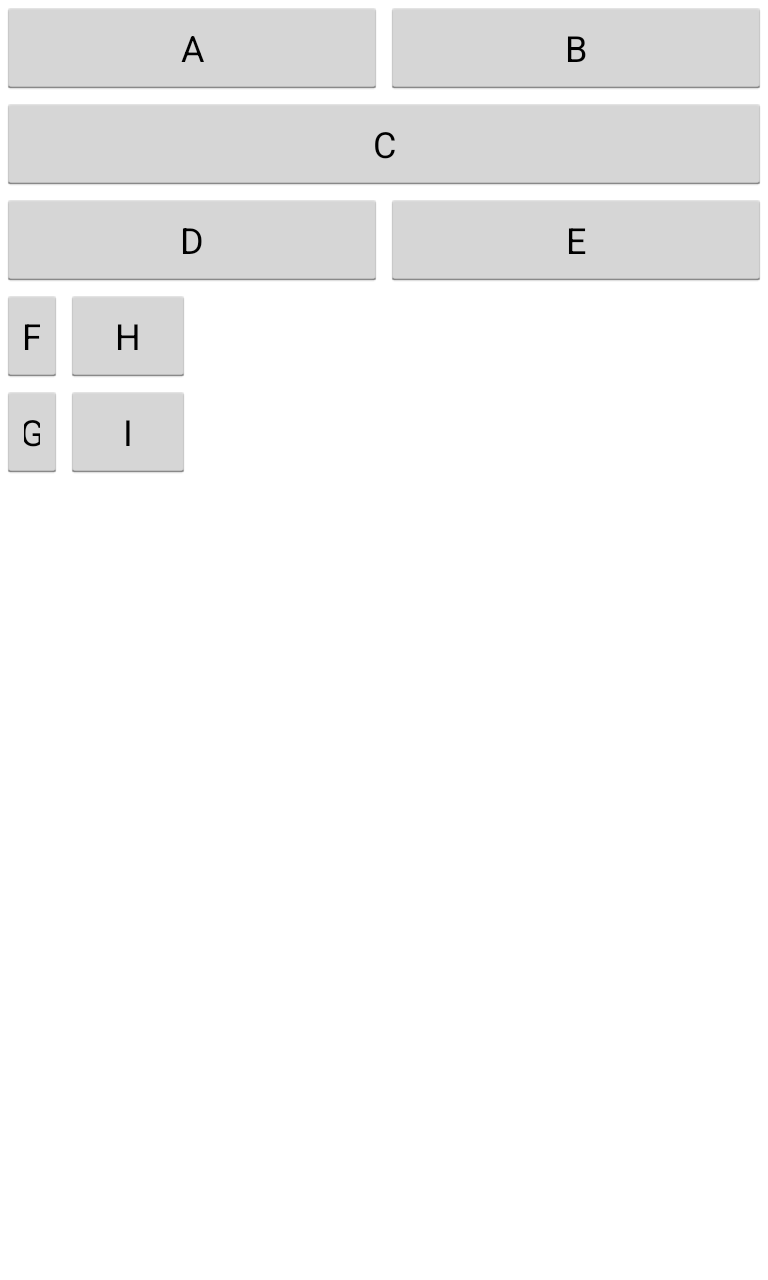
Repository: iracom/ejercicios-android
Layout: Layouts/res/layout/activity_main.xml
An editor plug-in stored every save of this project. The layout is shown before and after the next save, followed by the edit.
It is drawn on a 768 x 1280 px phone screen (xhdpi) without system bars, with theme AppTheme; the app's code is not run.

Above is the layout before, as saved 2014-05-06 11:28:48.

### Layouts/res/layout/activity_main.xml
<LinearLayout xmlns:android="http://schemas.android.com/apk/res/android"
    xmlns:tools="http://schemas.android.com/tools"
    android:id="@+id/container"
    android:layout_width="match_parent"
    android:layout_height="match_parent"
    android:orientation="vertical"
    tools:context="com.iraitzcompains.layouts.MainActivity"
    tools:ignore="MergeRootFrame" >

    <LinearLayout
        android:layout_width="match_parent"
        android:layout_height="wrap_content" >

        <Button
            android:id="@+id/button1"
            android:layout_width="wrap_content"
            android:layout_height="wrap_content"
            android:layout_weight="1"
            android:text="@string/button_a" />

        <Button
            android:id="@+id/button2"
            android:layout_width="wrap_content"
            android:layout_height="wrap_content"
            android:layout_weight="1"
            android:text="@string/button_b" />
    </LinearLayout>

    <Button
        android:id="@+id/button3"
        android:layout_width="match_parent"
        android:layout_height="wrap_content"
        android:text="@string/button_c" />

    <LinearLayout
        android:layout_width="match_parent"
        android:layout_height="wrap_content" >

        <Button
            android:id="@+id/button4"
            android:layout_width="wrap_content"
            android:layout_height="wrap_content"
            android:layout_weight="1"
            android:text="@string/button_d" />

        <Button
            android:id="@+id/button5"
            android:layout_width="wrap_content"
            android:layout_height="wrap_content"
            android:layout_weight="1"
            android:text="@string/button_e" />

    </LinearLayout>

    <LinearLayout
        android:layout_width="match_parent"
        android:layout_height="wrap_content"
        android:baselineAligned="true">

        <LinearLayout
            android:layout_width="wrap_content"
            android:layout_height="match_parent"
            android:layout_weight="1"
            android:orientation="vertical" >

            <Button
                android:id="@+id/button6"
                android:layout_width="wrap_content"
                android:layout_height="wrap_content"
                android:layout_weight="1"
                android:text="@string/button_f" />

            <Button
                android:id="@+id/button7"
                android:layout_width="wrap_content"
                android:layout_height="wrap_content"
                android:layout_weight="2"
                android:text="@string/button_g" />

        </LinearLayout>

        <LinearLayout
            android:layout_width="match_parent"
            android:layout_height="wrap_content"
            android:layout_weight="1"
            android:orientation="vertical" >

            <Button
                android:id="@+id/button8"
                android:layout_width="wrap_content"
                android:layout_height="wrap_content"
                android:layout_weight="2"
                android:text="@string/button_h" />

            <Button
                android:id="@+id/button9"
                android:layout_width="wrap_content"
                android:layout_height="wrap_content"
                android:layout_weight="1"
                android:text="@string/button_i" />

        </LinearLayout>

    </LinearLayout>

</LinearLayout>

### Layouts/res/values/strings.xml
<?xml version="1.0" encoding="utf-8"?>
<resources>

    <string name="app_name">Layouts</string>
    <string name="hello_world">Hello world!</string>
    <string name="action_settings">Settings</string>
    <string name="button_a">A</string>
    <string name="button_b">B</string>
    <string name="button_c">C</string>
    <string name="button_d">D</string>
    <string name="button_e">E</string>
    <string name="button_f">F</string>
    <string name="button_g">G</string>
    <string name="button_h">H</string>
    <string name="button_i">I</string>

</resources>

Loaded but not shown: Layouts/res/values/styles.xml (common file); Layouts/res/values-v11/styles.xml (common file); Layouts/res/values-v14/styles.xml (common file)

After the next save:
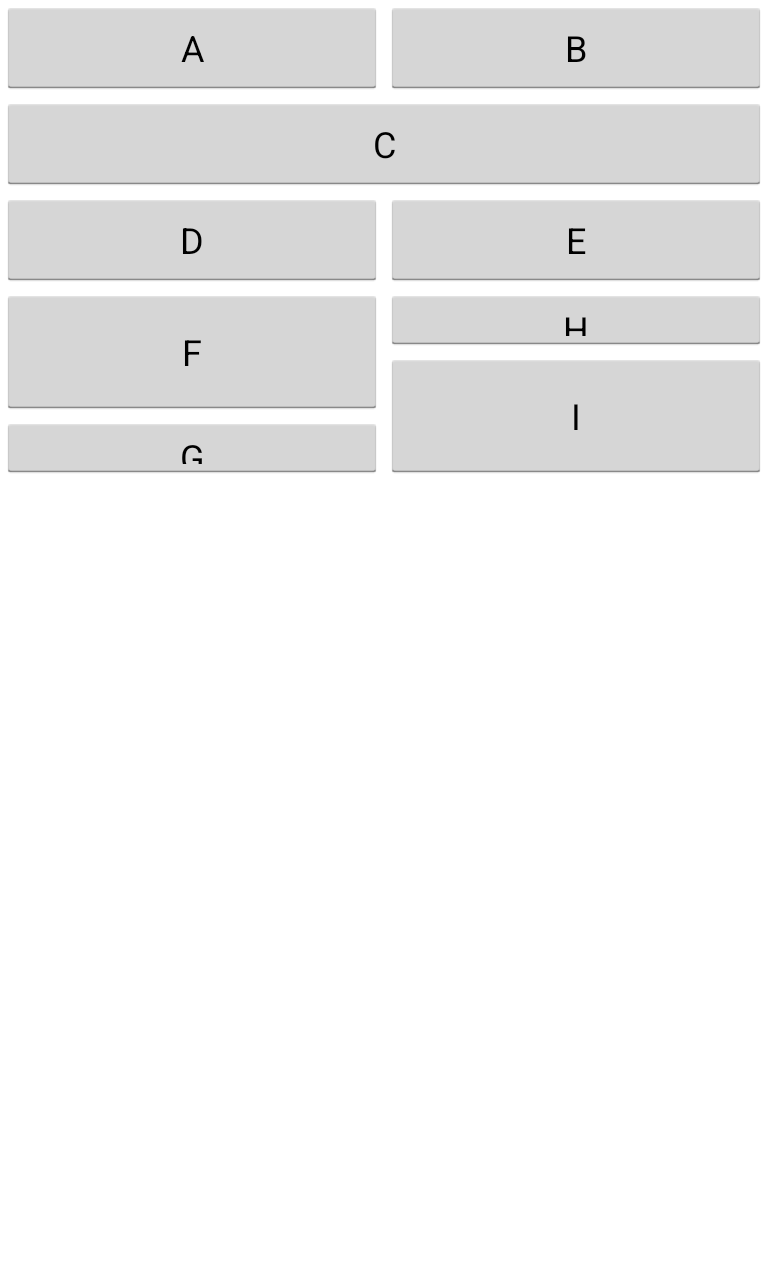
Saved 19 h 7 min later.
--- a/Layouts/res/layout/activity_main.xml
+++ b/Layouts/res/layout/activity_main.xml
@@ -58,22 +58,22 @@
         android:baselineAligned="true">
 
         <LinearLayout
-            android:layout_width="wrap_content"
+            android:layout_width="match_parent"
             android:layout_height="match_parent"
             android:layout_weight="1"
             android:orientation="vertical" >
 
             <Button
                 android:id="@+id/button6"
-                android:layout_width="wrap_content"
-                android:layout_height="wrap_content"
+                android:layout_width="match_parent"
+                android:layout_height="match_parent"
                 android:layout_weight="1"
                 android:text="@string/button_f" />
 
             <Button
                 android:id="@+id/button7"
-                android:layout_width="wrap_content"
-                android:layout_height="wrap_content"
+                android:layout_width="match_parent"
+                android:layout_height="match_parent"
                 android:layout_weight="2"
                 android:text="@string/button_g" />
 
@@ -81,21 +81,21 @@
 
         <LinearLayout
             android:layout_width="match_parent"
-            android:layout_height="wrap_content"
+            android:layout_height="match_parent"
             android:layout_weight="1"
             android:orientation="vertical" >
 
             <Button
                 android:id="@+id/button8"
-                android:layout_width="wrap_content"
-                android:layout_height="wrap_content"
+                android:layout_width="match_parent"
+                android:layout_height="match_parent"
                 android:layout_weight="2"
                 android:text="@string/button_h" />
 
             <Button
                 android:id="@+id/button9"
-                android:layout_width="wrap_content"
-                android:layout_height="wrap_content"
+                android:layout_width="match_parent"
+                android:layout_height="match_parent"
                 android:layout_weight="1"
                 android:text="@string/button_i" />
 
